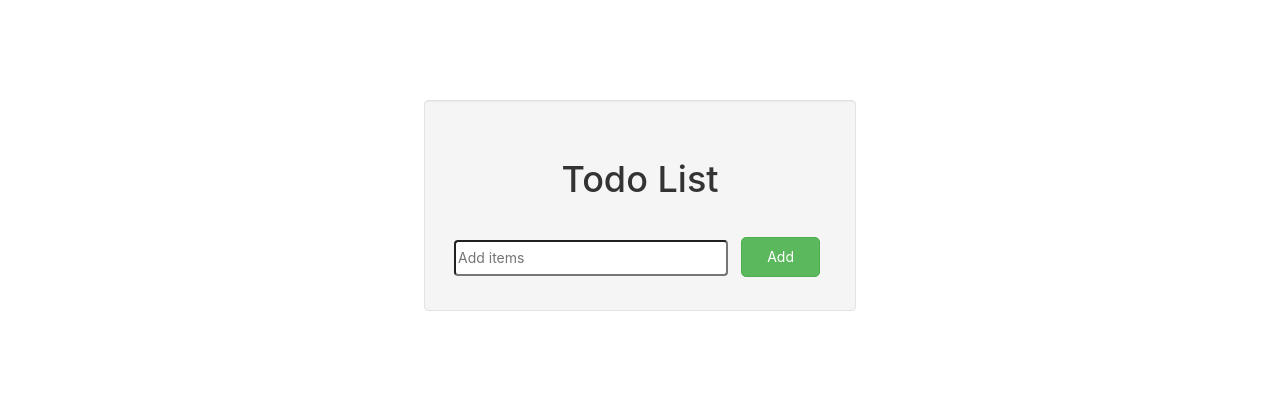
Repository: arpana23/Todo-list
Page: /
These files come from the project's save history. The page is drawn as it stood at one moment and after the next save; the edit follows.
The browser window is 1280 px wide. The pictures show the whole page.
Some web libraries are served in a nearby version. The project was rebuilt for these pictures with package versions that can differ from the ones it lists, and the page was loaded fresh each time. Also part of the build but not shown: src/Todolist.js.

Above is the page before, as saved 2021-04-14 18:30:48.

After the next save:
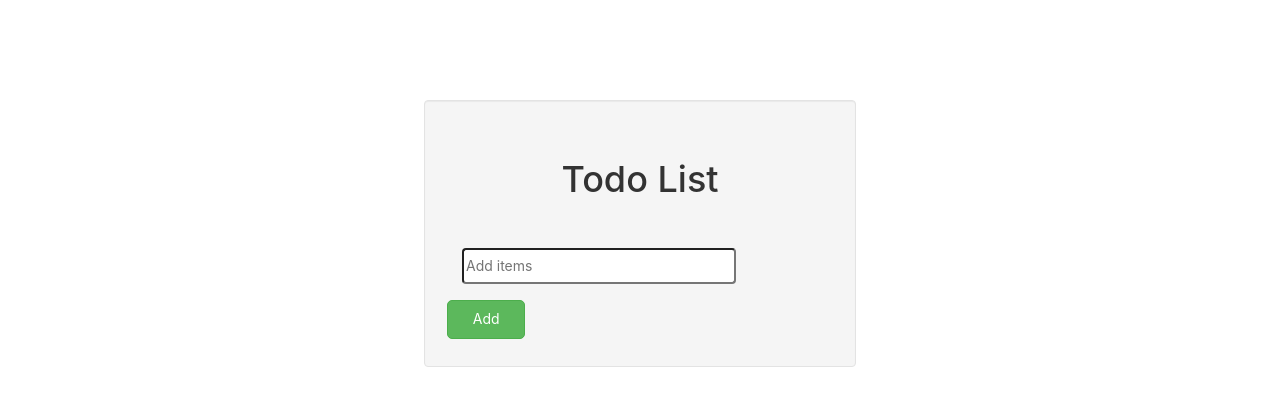
Saved 27 s later.
--- a/src/App.css
+++ b/src/App.css
@@ -21,7 +21,7 @@
 }
 
 .addInput {
-  margin: 10px;
+  margin: 18px;
   width: 70%;
   height: 5vh;
   border-radius: 4px;
